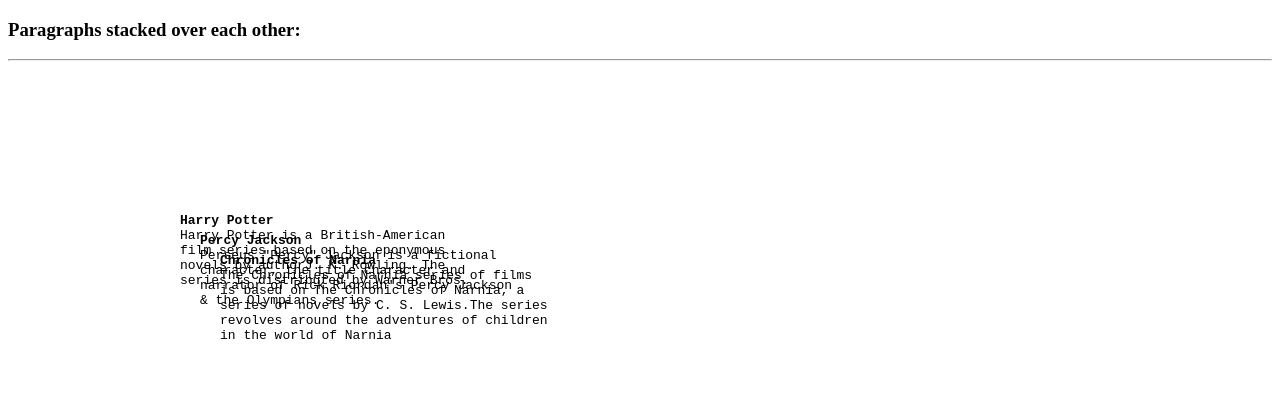
Repository: KrishnaSandeep79/WPS-Assignment
Page: WPS/WebContent/para.html
An editor plug-in stored every save of this project. The page is shown before and after the next save, followed by the edit.
The browser window is 1280 px wide. The pictures show the whole page.

Above is the page before, as saved 2019-08-24 05:50:31.

After the next save:
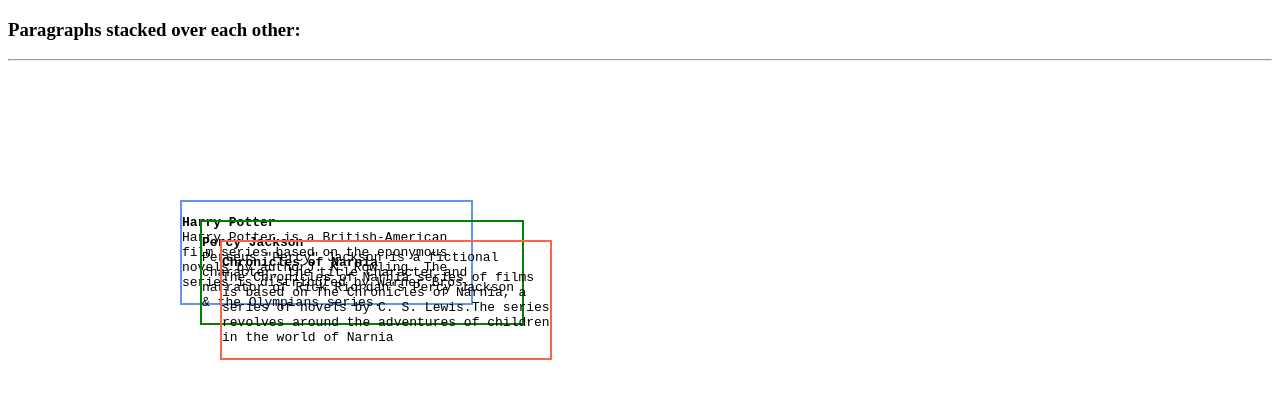
Saved 7 min 31 s later.
--- a/WPS/WebContent/para.html
+++ b/WPS/WebContent/para.html
@@ -7,17 +7,17 @@
 #first { position:absolute;
          top:200px;
          left:180px;
-         <?--border:1px solid cornflowerblue;-->
+         border:2px solid cornflowerblue;
          }
 #second { position:absolute;
          top:220px;
          left:200px;
-         <?--border:1px solid green;-->
+         border:2px solid green;
          }
 #third { position:absolute;
          top:240px;
          left:220px;
-         <?--border:1px solid tomato;-->
+         border:2px solid tomato;
          }
 
 </style>
@@ -45,7 +45,7 @@
 </div>
 <div id="third">
 <pre>
-<b>Chronicles of Narnia</b>
+<b><emp>Chronicles of Narnia</emp></b>
 The Chronicles of Narnia series of films
 is based on The Chronicles of Narnia, a
 series of novels by C. S. Lewis.The series
